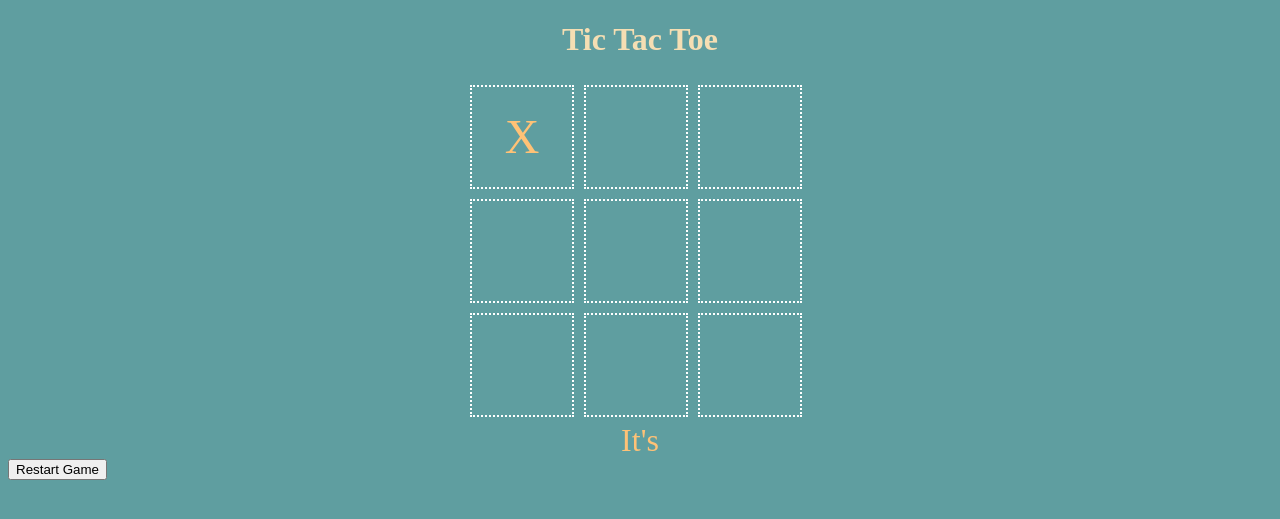
Repository: Hasmik-icml/Tic-Tac-Toe
Page: index.html
An editor plug-in stored every save of this project. The page is shown before and after a run of saves, followed by the edit.
The browser window is 1280 px wide. The pictures show the whole page.

Above is the page before, as saved 2022-02-02 22:03:49.

### index.html
<!DOCTYPE html>
<html lang="en">
<head>
  <meta charset="UTF-8">
  <meta http-equiv="X-UA-Compatible" content="IE=edge">
  <meta name="viewport" content="width=device-width, initial-scale=1.0">
  <link rel="stylesheet" href="/style.css">
  <title>Tic Tac Toe</title>
</head>
<body>
  <h1>Tic Tac Toe</h1>
  <div class="container">
    <div class="box">X</div>
    <div class="box"></div>
    <div class="box"></div>
    <div class="box"></div>
    <div class="box"></div>
    <div class="box"></div>
    <div class="box"></div>
    <div class="box"></div>
    <div class="box"></div>
  </div>
  <p class="turn">It's</p>
  <button class="restart">Restart Game</button>
  <script src="/index.js"></script>
</body>
</html>

### style.css
body {
  background-color: cadetblue;
}

.container {
  display: flex;
  flex-wrap: wrap;
  width: 350px;
  margin: auto;
}

.box {
  border: 2px dotted white;
  margin: 5px;
  width: 100px;
  height: 100px;
  display: flex;
  justify-content: center;
  align-items: center;
  color: #ffc276;
  font-size: xxx-large;
  font-family: cursive;
}

h1 {
  text-align: center;
  color: wheat;
}
.turn{
      text-align: center;
      color: #ffc276;
      font-size: xx-large;
      margin: 0;
}
.Restart

Loaded but not shown: index.js (no copy from this time; the picture is the same without it)

After the next 3 saves:
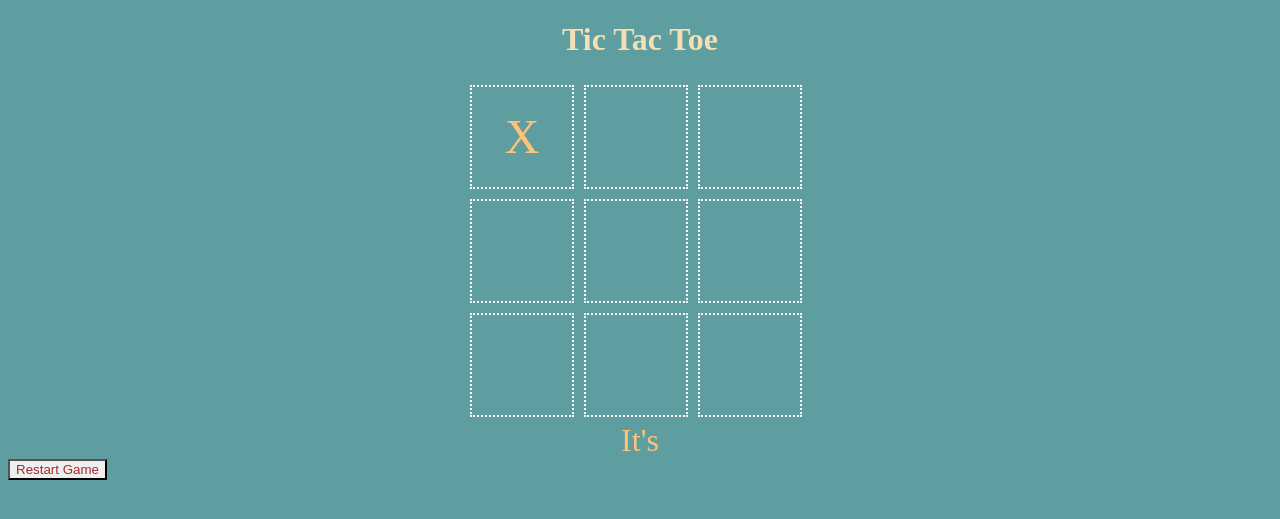
The 3 saves are shown as one change because they came seconds apart.
The last was saved 8 s later.
--- a/style.css
+++ b/style.css
@@ -26,10 +26,15 @@ h1 {
   text-align: center;
   color: wheat;
 }
-.turn{
-      text-align: center;
-      color: #ffc276;
-      font-size: xx-large;
-      margin: 0;
+
+.turn {
+  text-align: center;
+  color: #ffc276;
+  font-size: xx-large;
+  margin: 0;
 }
-.Restart
+
+.restart {
+  border-style: outset;
+  color: brown;
+}
